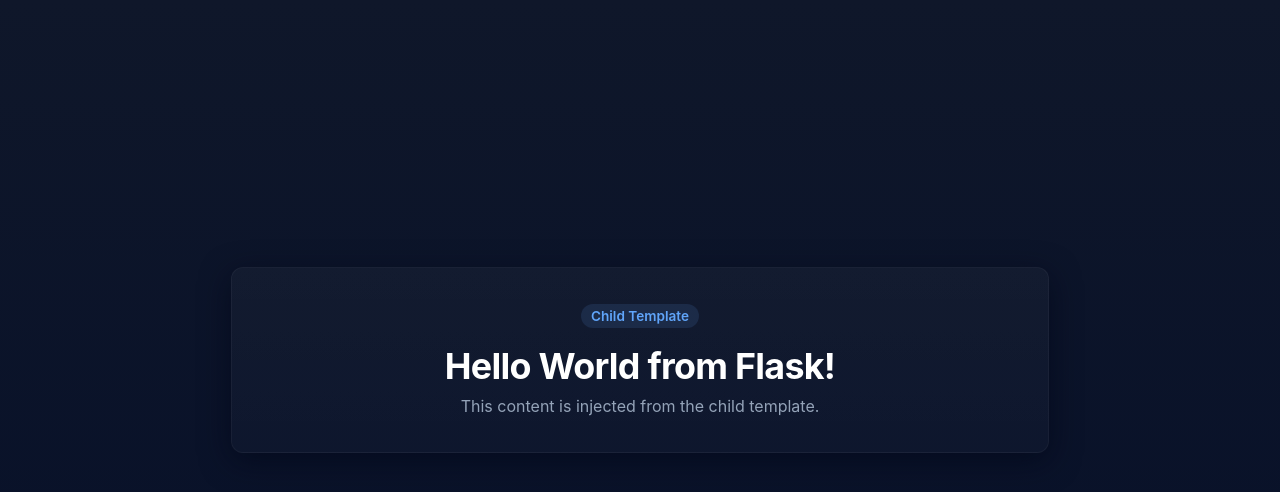
Repository: k10sj02/task-master-flex
Page: http://localhost/
These files come from the project's save history. The page is drawn as it stood at one moment and after the next save; the edit follows.
The browser window is 1280 px wide. The pictures show the whole page.
The page is served by the project's application, run on Flask 3 (app.py).

Above is the page before, as saved 2025-11-13 17:10:10.

### templates/index.html
{% extends 'base.html' %}

{% block head %}
  <title>Hello from Child Template</title>
{% endblock %}

{% block content %}
  <main class="wrap">
    <section class="card">
      <div class="badge">Child Template</div>
      <h1>Hello World from Flask!</h1>
      <p class="lead">This content is injected from the child template.</p>
    </section>
  </main>
{% endblock %}

### templates/base.html
<!doctype html>
<html lang="en">
<head>
  <meta charset="utf-8" />
  <meta name="viewport" content="width=device-width, initial-scale=1" />

  {% block head %}
  <!-- Child templates can inject additional <head> tags here -->
  {% endblock %}

  <style>
    :root{
      --bg: #0f172a;
      --card: #0b1220;
      --accent: #60a5fa;
      --muted: #94a3b8;
      --white: #ffffff;
      font-family: Inter, system-ui, -apple-system, "Segoe UI", Roboto, "Helvetica Neue", Arial;
    }

    html,body{
      height:100%;
      margin:0;
      background: linear-gradient(180deg, var(--bg) 0%, #071029 100%);
      color:var(--white);
      -webkit-font-smoothing:antialiased;
      -moz-osx-font-smoothing:grayscale;
    }

    .wrap{
      min-height:100%;
      display:flex;
      align-items:center;
      justify-content:center;
      padding:2rem;
      box-sizing:border-box;
    }

    .card{
      background: linear-gradient(180deg, rgba(255,255,255,0.03), rgba(255,255,255,0.02));
      border:1px solid rgba(255,255,255,0.04);
      padding:2.25rem 3rem;
      border-radius:12px;
      box-shadow: 0 8px 30px rgba(2,6,23,0.6);
      text-align:center;
      max-width:720px;
      width:100%;
    }

    h1{
      margin:0 0 0.5rem 0;
      font-size:clamp(1.5rem, 2.8vw, 2.25rem);
      letter-spacing:-0.02em;
    }

    p.lead{
      margin:0;
      color:var(--muted);
      font-size:1rem;
    }

    .badge{
      display:inline-block;
      margin-bottom:1rem;
      background:rgba(96,165,250,0.12);
      color:var(--accent);
      border-radius:999px;
      padding:0.25rem 0.6rem;
      font-weight:600;
      font-size:0.85rem;
    }

    @media (max-width:420px){
      .card{padding:1.25rem}
    }
  </style>
</head>
<body>

  {% block content %}
  <!-- default content (child templates will override this) -->
  <main class="wrap">
    <section class="card">
      <div class="badge">Boilerplate</div>
      <h1>Hello World 2</h1>
      <p class="lead">
        This is a minimal HTML + CSS starter. Replace this text with your app content.
      </p>
    </section>
  </main>
  {% endblock %}

</body>
</html>

### app.py
from flask import Flask, render_template

app = Flask(__name__)

@app.route('/')
def index():
  return render_template('index.html')

if __name__ == "__main__":
  app.run(debug=True)

After the next save:
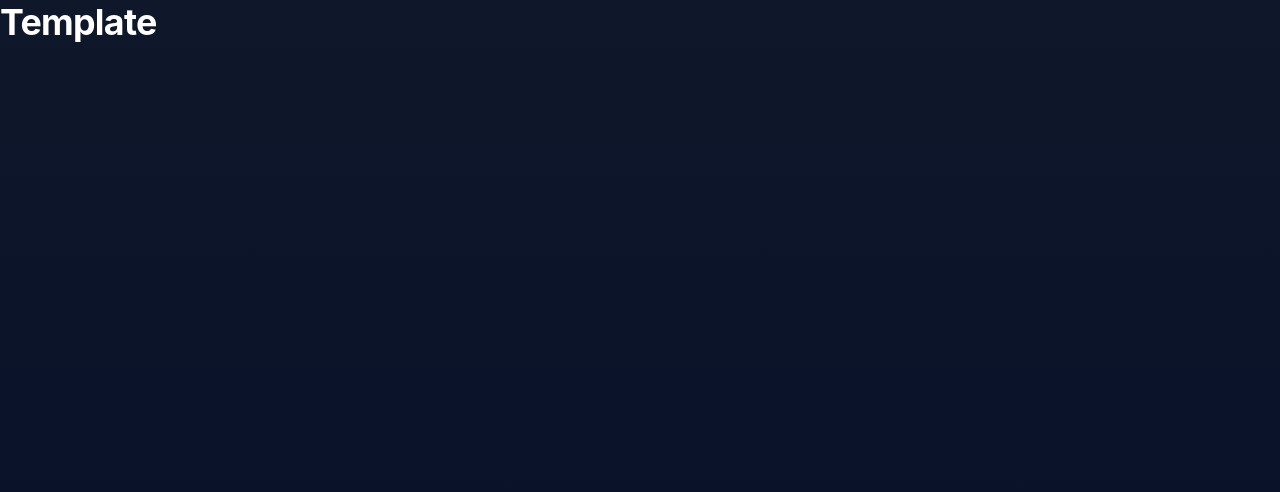
Saved 60 s later.
--- a/templates/index.html
+++ b/templates/index.html
@@ -1,15 +1,9 @@
 {% extends 'base.html' %}
 
 {% block head %}
-  <title>Hello from Child Template</title>
+<h1>Template</h1>
 {% endblock %}
 
 {% block content %}
-  <main class="wrap">
-    <section class="card">
-      <div class="badge">Child Template</div>
-      <h1>Hello World from Flask!</h1>
-      <p class="lead">This content is injected from the child template.</p>
-    </section>
-  </main>
+<!-- Your page content goes here -->
 {% endblock %}

After the 2 saves that followed:
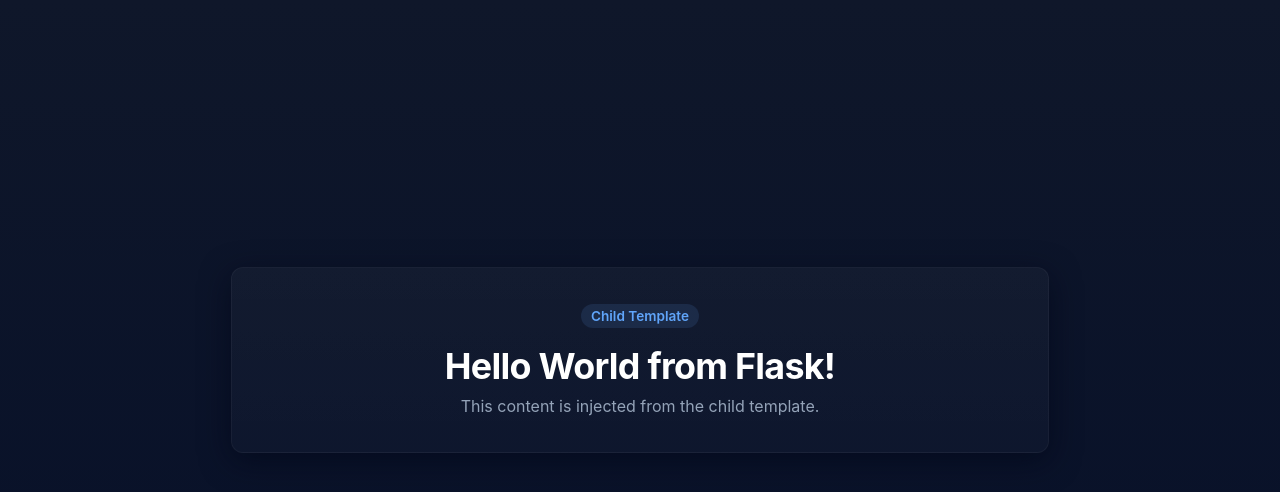
The 2 saves are shown as one change because 1 did not build or start.
The last was saved 39 s later.
--- a/templates/index.html
+++ b/templates/index.html
@@ -1,9 +1,15 @@
 {% extends 'base.html' %}
 
 {% block head %}
-<h1>Template</h1>
+  <title>Hello from Child Template</title>
 {% endblock %}
 
 {% block content %}
-<!-- Your page content goes here -->
+  <main class="wrap">
+    <section class="card">
+      <div class="badge">Child Template</div>
+      <h1>Hello World from Flask!</h1>
+      <p class="lead">This content is injected from the child template.</p>
+    </section>
+  </main>
 {% endblock %}
